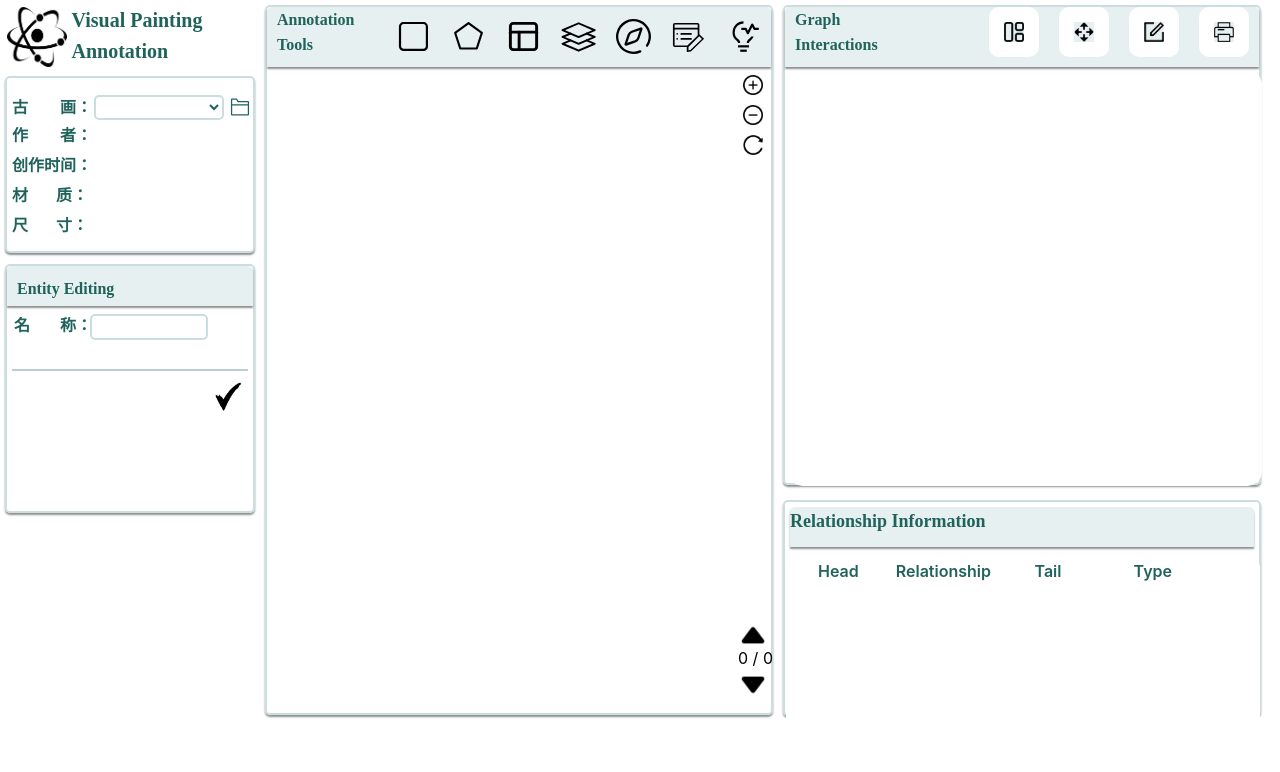
Repository: cailbh/ImageLabelTool
Page: /
The author's editor kept a copy of each file at every save. The page is drawn from the files as they stood at one save, then again after the next save.
The browser window is 1280 px wide. The pictures show the whole page.
The project was rebuilt for these pictures with package versions that can differ from the ones it lists, and the page was loaded fresh each time.

Above is the page before, as saved 2022-10-30 15:14:02.

### src/index.tsx
import React from 'react';
import ReactDOM from 'react-dom/client';
import './index.css';
import UI from './View';

const root = ReactDOM.createRoot(
  document.getElementById('root') as HTMLElement
);
root.render(
  <React.StrictMode>
    <UI />
  </React.StrictMode>
);

### src/index.css
* {
  margin: 0;
  font-family: -apple-system, BlinkMacSystemFont, 'Segoe UI', 'Roboto', 'Oxygen',
    'Ubuntu', 'Cantarell', 'Fira Sans', 'Droid Sans', 'Helvetica Neue',
    sans-serif;
  -webkit-font-smoothing: antialiased;
  -moz-osx-font-smoothing: grayscale;
  padding: 0;
  user-select: none;
}

code {
  font-family: source-code-pro, Menlo, Monaco, Consolas, 'Courier New',
    monospace;
}

html, body, #root {
  width: 100%;
  height: 100%;
  /* background: rgb(237,241,241); */
  background: rgb(255,255,255);
}

#root {
  /* display: flex; */
  /* flex-direction: row; */

}

### src/View/index.tsx
/**
 * 该组件负责图像视图与网络图视图的通信：
 *
 */

import React from "react";
// import ImageView from "./ImageView";
import GraphView from "./GraphView";
import LabelView from "./LabelView";
import { Entity, EntityArray, Relationship, RelationshipArray } from '../lib/interface'
import { EntityArrayContextProvider, useEntityArray, useEntityArrayUpdate } from "../lib/context";
import { RelationshipArrayContextProvider, useRelationshipArray, useRelationshipArrayUpdate } from "../lib/context";
import { InfoContextProvider, useInfo, useInfoUpdate } from "../lib/context";
import { MemoArrayContextProvider, useMemoArray, useMemoArrayUpdate } from "../lib/context";


export default function UI() {
    return (
        <React.StrictMode>
            <InfoContextProvider>
                <RelationshipArrayContextProvider>
                    <EntityArrayContextProvider>
                        <MemoArrayContextProvider>
                            {/* <ImageView></ImageView> */}

                            <LabelView></LabelView>
                            {/* <GraphView></GraphView> */}
                        </MemoArrayContextProvider>
                    </ EntityArrayContextProvider >
                </RelationshipArrayContextProvider>
            </InfoContextProvider>
        </React.StrictMode>
    )
}

### src/View/LabelView.tsx
import React from "react";
import LabelDisplay from "../component/LabelDisplay/index";
import LabelTool from "../component/LabelTool/index";
import ViewCard from "./ViewCard";

export default function LabelView() {
    return (
        // <ViewCard
        //     top={(
        //         <LabelTool></LabelTool>
        //     )}
        //     body={(
        <LabelDisplay></LabelDisplay>
        //     )}
        // />
    )
}

### src/component/LabelDisplay/graph.css
#graph{
width: 100%;
height: calc(100% - 60px);
overflow: 'auto';
background: #fff;
box-sizing: border-box;
border-radius: 15px;
display: inline-block;
margin: 3px;
text-align: left;
position: relative;
}
.graphRoot{
    background: rgba(237,241,241,0);
    position: relative;
    height: 100%;
    width: calc(40% - 10px);
    float: left;
}
.horizontal_graphRoot{
    background: rgba(237,241,241,0);
    position: relative;
    height: 45%;
    width: calc(100% - 254px);
    float: left;
}
.graphCantain{
    position: relative;
    height: calc(100% - 0px);
    float: left;
    width: calc(100% - 0px);
    background: rgba(237,241,241,0);
    /* padding: 10px; */
}
.graphHead{
    width: 100%;
    height: 60px;
    background: rgba(0,0,0,0);
    float: left;
    position: relative;
    z-index: 999999;
    border-top-left-radius: 5px;
    border-top-right-radius: 5px;
    background-color: rgba(230,240,241,1);
    filter: progid:DXImageTransform.Microsoft.Shadow(color=#909090,direction=120,strength=4);
    box-shadow: 0px 2px 2px #909090;
}
.graphLogo h5{
    width: 70%;
    float: left;
    color: rgb(32,99,92);
    text-align: left;
    font-weight: 600;
    font-size: 16px;
    line-height: 1.35;
    font-variant: tabular-nums;
    line-height: 1.5715;
    font-feature-settings: "tnum";
    font-family: SourceHanSerifCN-Heavy, SourceHanSerifCN;
}

.graphLogo {
    float: left;
    width: 20%;
    height: 100%;
    margin-left: 10px;
}
.graphAssistFeatures{
    float: right;
    height: 100%;
    width: 30%;
}
.toolBut {
    height: 100%;
    text-align: center;
    /* padding: 4px; */
    width: 50px;
    float: left;
    margin: 1px 10px 0px 10px;
}

.graphToolBut {
    width: 35px;
    height: 35px;
    margin: 15px 15px 5px 25px;
    cursor: pointer;
    -webkit-border-radius: 5px;
    -moz-border-radius: 5px;
    border-radius: 5px;
    font-size: 15px;
    font-style: normal;
    color: #000;
    line-height: 36px;
    text-align: center;
    float: left;
    display: flex;
    justify-content: center;
    align-items: center;
    height: calc(100% - 20px);
    text-align: center;
    padding: 5px;
    border: 1px #696969 solid;
    width: 40px;
    float: right;
    margin: 5px 2px 5px 2px;
}
.graphToolBut:hover {
    background: #767a84;
    color: #fff;
}

#attributeDiv{
    /* background: url(../../assets/imgs/toolsback.png) no-repeat 0 0;
    background-size: 100%; */
    /* background: #fff; */
    background: rgba(237,241,241,0);
    -webkit-box-sizing: border-box;
    -moz-box-sizing: border-box;
    box-sizing: border-box;
    border-radius: 5px;
    /* display: inline-block; */
    width: calc(100% - 24px);
    margin: 5px;
    height: calc(30% - 0px);
    margin-top: 10px;
    /* border-image: url(../../assets/imgs/scaleCanvas.png); */
    border-image-slice: 151;
    border-image-width: 20px 1px;

    /* border: 1px solid #b8becc; */
    -webkit-box-sizing: border-box;
    -moz-box-sizing: border-box;
    box-sizing: border-box;
    float: left;

    border: 2px solid rgb(204,221,224);
    filter:progid:DXImageTransform.Microsoft.Shadow(color=#909090,direction=120,strength=4);
    -moz-box-shadow: 0px 2px 10px #909090;
    -webkit-box-shadow: 0px 2px 10px #909090;
    box-shadow:0px 2px 2px #909090
}
#graphDiv{
    /* background: url(../../assets/imgs/toolsback.png) no-repeat 0 0;
    background-size: 100%; */
    background: rgba(237,241,241,0);
    -webkit-box-sizing: border-box;
    -moz-box-sizing: border-box;
    box-sizing: border-box;
    border-radius: 5px;
    /* display: inline-block; */
    width: calc(100% - 24px);
    margin: 5px;
    /* margin-bottom: 10px; */
    height: calc(70% - 24px);
    border-radius: 5px;
    float: left;
    border: 2px solid rgb(204,221,224);
    filter:progid:DXImageTransform.Microsoft.Shadow(color=#909090,direction=120,strength=4);
    -moz-box-shadow: 0px 2px 10px #909090;
    -webkit-box-shadow: 0px 2px 10px #909090;
    box-shadow:0px 2px 2px #909090
}
#attributeBox{
    width: calc(50% - 4px);
    height: calc(100% - 2px);
    overflow: 'auto';
    margin: 2px 1px;
    float: left;
}
#relationshipBox{
    /* width: calc(50% - 4px);
    height: calc(100% - 2px); */
    width: 100%;
    height: 100%;
    background: #fff;
    overflow: 'auto';
    float: left;
    margin: 2px 1px;
    border-radius: 15px;
}
#relationshipBoxHead{
    background-color: rgba(230,240,241,1);
    margin: 5px;
    color: rgba(32,99,92,1);
    height: 40px;
    font-size: 25px;
    line-height: 30px;
    font-weight: 600;
    font-size: 18px;
    line-height: 1.35;
    font-variant: tabular-nums;
    line-height: 1.5715;
    font-feature-settings: "tnum";
    font-family: SourceHanSerifCN-Heavy, SourceHanSerifCN;
    border-top-left-radius: 5px;
    border-top-right-radius: 5px;
    filter: progid:DXImageTransform.Microsoft.Shadow(color=#909090,direction=120,strength=4);
    box-shadow: 0px 2px 2px #909090;
}
.but {
    display: flex;
    flex-direction: column;
    height: 40px;
    width:40px;
    justify-content: center;
    float: left;
}
.butContain{
    width: 10px;
    height: 100px;
    position: absolute;
    z-index: 9999;
    display: none;
}
.graphToolsDiv{
    width: 70%;
    height: 100%;
    float: right;
    /* display: flex; */
    justify-content: center;
    align-items: center;
}
.graphTool {
    background-color: #fff ;
    width: 50px;
    height: 50px;
    margin: 0px 10px;
    border: 15px #fff solid;
    border-radius: 10px;
    cursor: pointer;
    float: left;
    text-align: center;
}
.graphTool h5{
    font-style: normal;
    color: #000;
    line-height: 36px;
    text-align: center;
    font-size: 0;
}
.graphTool h5:hover{
    font-size: 12px;
}
.graphToolSet:hover {
    background: #767a84;
    color: #fff;
}
.graphToolSet.focus {
    background: #767a84;
    color: #fff;
}
#graphTools{
    float: right;
    /* height: 100%; */
    /* width: 60%; */
    /* height: 50px; */
    /* float: left; */
    position: relative;
    z-index: 999999;
    /* filter:progid:DXImageTransform.Microsoft.Shadow(color=#909090,direction=120,strength=4);
    -moz-box-shadow: 2px 2px 10px #909090;
    -webkit-box-shadow: 2px 2px 10px #909090;
    box-shadow:2px 2px 10px #909090; */
    border-top-left-radius: 10px;
    border-top-right-radius: 10px;
}
#layoutDiv{
    height: 50px;
    width: 100px;
    background: #ffffff;
    top:75px;
    position: absolute;
    display: flex;
    justify-content: center;
    align-items: center;
    /* border-top-left-radius: 10px;
    border-top-right-radius: 10px; */
    /* border: 5px #000 solid; */
    right: calc(70% - 230px);
    z-index: -999;
}
#layouts{
    float: right;
    /* height: 100%;
    width: 100%; */
    /* float: left; */
    position: relative;
    /* filter:progid:DXImageTransform.Microsoft.Shadow(color=#909090,direction=120,strength=4);
    -moz-box-shadow: 2px 2px 10px #909090;
    -webkit-box-shadow: 2px 2px 10px #909090;
    box-shadow:2px 2px 10px #909090; */
    /* border-top-left-radius: 10px;
    border-top-right-radius: 10px; */
}
#entity-table{
    width: calc(100% - 6px);
    height: calc(100% - 6px);
    border: 2px solid rgba(50, 50, 50, 0.2);
    box-sizing: border-box;
    border-radius: 5px;
    display: inline-block;
    margin: 3px;
    background: rgb(255,255,255);
}
.tableEntity{
    height: 100% !important
}

.tableRelationship{
    height: 100% !important
}
.rs-table-body-row-wrapper{
    height: 100% !important
}
#relationship-table{
    width: calc(100% - 0px);
    height: calc(100% - 0px);
    /* border: 2px solid rgba(50, 50, 50, 0.2); */
    /* box-sizing: border-box; */
    border-radius: 15px;
    display: inline-block;
    /* margin: 3px; */
    background: rgb(255,255,255);
}

.toolLayout{
    font-size:0;
    overflow:hidden;
    background: url("../../assets/imgs/tool-layout.png");
    background-size: cover;
}
.toolEdit{
    font-size:0;
    overflow:hidden;
    background: url("../../assets/imgs/tool-edit.png");
    background-size: cover;
}
.toolDrop{
    font-size:0;
    overflow:hidden;
    background: url("../../assets/imgs/tool-drop.png");
    background-size: cover;
}
.toolAdd{
    font-size:0;
    overflow:hidden;
    background: url("../../assets/imgs/tool-add.png");
    background-size: cover;
}

.toolDel{
    font-size:0;
    overflow:hidden;
    background: url("../../assets/imgs/tool-del.png");
    background-size: cover;
}

.toolUndo{
    font-size:0;
    overflow:hidden;
    background: url("../../assets/imgs/tool-undo.png");
    background-size: cover;
}

.toolRedo{
    font-size:0;
    overflow:hidden;
    background: url("../../assets/imgs/tool-redo.png");
    background-size: cover;
}

.toolPrint{
    font-size:0;
    overflow:hidden;
    background: url("../../assets/imgs/tool-download.png");
    background-size: cover;
}
.graphTool:hover{
    font-size:14px;
    text-align: center;
    font-weight: 520;
    background: rgb(0,0,0,0);
}
.layoutSet{
    width: 20px;
    height: 20px;
    margin:5px;
    font-size:0;
    overflow:hidden;

    cursor: pointer;
    float: left;
}

.toolCrossLayout{
    background: url(../../assets/imgs/layout-cross.png);
    background-size: cover

}
.toolForceLayout{
    background: url(../../assets/imgs/layout-force.png);
    background-size: cover

}
.toolDragLayout{
    background: url(../../assets/imgs/layout-drag.png);
    background-size: cover

}
.layoutSet:hover {
    background: rgba(0,0,0,0);
    font-size: 10px;
    font-style: normal;
    color: #000;
    line-height: 6px;
    text-align: center;
    float: left;
    display: flex;
    justify-content: center;
    align-items: center;
    text-align: center;
}
.entInput{
    background: rgba(0,0,0,0);
    border: 0;
    text-align: center;
    width: 50%;
    height: 100%;
    float: left;
}
.entInput :focus{
    background: rgba(0,0,0,0);
    border: 0;
    text-align: center;
    width: 50%;
    float: left;
    height: 100%;
}

### src/lib/tasks.tsx
export default class Task {
    id: string;
    name: string;
    size: string;
    texture: string;
    time: string;
    author: string;
    constructor(options) {
        this.id = "";
        this.name = "";
        this.size = "";
        this.texture = "";
        this.time = "";
        this.author = ""
    }
}

### src/lib/interface.tsx
export class EntityArray {
    array: Array<Entity>;
}
export class RelationshipArray {
    array: Array<Relationship>;
}
export class MemoArray {
    relArray: Array<Relationship>;
    entArray: Array<Entity>;
}
export class Entity {
    name: string;
    id: string;
    type: string;
    x: number;
    y: number;
    //图片绘制起始位置
    ix: number;
    iy: number;
    //标注绘制起始位置
    lx: number;
    ly: number;
    // 图片宽度
    iWidth: number;
    // 图片高度
    iHeight: number;
    //图片缩放
    iScale: number;
    visAble: boolean;
    labels: any;
    content: any;
    contentType: string;
    labelLocation: any;
    rgb: string;
    visibility: boolean;
    trend: any;
    trendIndex: number;
    centerPoint: any;
    rectMask: any;
    color: string;
    describe: string;
    attribute: any;
    active: boolean;
    children: any;
    constructor(myName: string) { //定义带参数的构造函数
        this.name = myName;
    }
}


export class Relationship {
    name: string;
    id: string;
    type: string;
    targetId: string;
    sourceId: string;
    color: string;
    weight: number;
    visAble: boolean
    // constructor(myName: string) { //定义带参数的构造函数
    //     this.name = myName;
    // }
}

export class Info {
    changeState: number;
}

export default class LabelState {
    //任务名称
    taskName: string;
    //文件列表
    imgFiles: any;
    //图片总数
    imgSum: number;
    //选择图片下标
    imgIndex: number;
    cWidth: number;
    cHeight: number;
    // 缩略图宽度
    sWidth: number;
    // 缩略图高度
    sHeight: number;
    // 图片宽度
    iWidth: number;
    // 图片高度
    iHeight: number;
    // 图片拖拽至边缘最小显示
    appearSize: number;
    // 缩放布进
    scaleStep: number;
    // 最小缩放比例
    minScale: number;
    // 最大缩放比例
    maxScale: number;
    // 图片在画板中的横坐标
    x: number;
    // 图片在画板中的纵坐标
    y: number;
    // 鼠标当前画板中的横坐标
    mouseX: number;
    // 鼠标当前画板中的纵坐标
    mouseY: number;
    // 拖动过程中，鼠标前一次移动的横坐标
    prevX: number;
    // 拖动过程中，鼠标前一次移动的纵坐标
    prevY: number;
    // 缩放比例
    scale: number;
    // 鼠标在图片中的横坐标
    ix: number;
    // 鼠标在图片中的纵坐标
    iy: number;
    // 矩形框起点横坐标
    rectX: number;
    // 矩形框起点纵坐标
    rectY: number;
    // 绘制多边形的圆点半径
    radius: number;

    // 绘制线段宽度
    lineWidth: number;

    //绘制区域模块透明度
    opacity: number;

    // 定时器
    timer: any;

    // 结果是否被修改
    isModify: boolean;

    // 是否全屏
    isFullScreen: boolean;

    // 是否移动图像标注圆点
    isDragCircle: boolean;

    // 当前点击圆点index
    snapCircleIndex: number;

    // 用于在拖拽或者缩放时，让绘制至存储面板的数据，只绘制一次
    drawFlag: boolean;

    // 监听滚动条缩放是否结束的定时器
    mousewheelTimer: null;

    // 历史记录下标
    historyIndex: number;
    Arrays: any;
    Nodes: any;
    Features: any;

}

### src/axios/index.ts
import entityRecognize from './api/entityRecognize';

export * from './api/entityRecognize'; // 目标识别
// export * from './api/img'; // 图片
export default {
    entityRecognize
}

### src/component/GraphRelationship/index.css
.smallInput  {
    width: 90%;
    border-radius: 10px;
    border: 1.5px #ccc solid;
    /* margin: 5px; */
    margin-left: 15px;
    color: rgb(32,99,92);
    font-weight: 600;
    font-size: 16px;
    line-height: 1.35;
    font-variant: tabular-nums;
    line-height: 1.5715;
    font-feature-settings: "tnum";
    font-family: SourceHanSerifCN-Heavy, SourceHanSerifCN;
}
.relRow{
    width: 20% !important;
    margin: 5px;
    padding: 0px !important;
}
.relationship-table-head-co{
    width: 20%;
    height: calc(100% - 10px);
    float: left;
    margin: 5px;
    text-align: center;
}
.confirmButton{
    width: 60px;
    height: 30px;
    margin: 5px;
    border-radius: 15px;
    border: 0px;
    background-color: rgb(32,99,92);
    color: #fff;
    text-align: center;
    font-weight: 600;
    font-size: 14px;
    line-height: 1.35;
    font-variant: tabular-nums;
    line-height: 1.5715;
    font-feature-settings: "tnum";
    font-family: SourceHanSerifCN-Heavy, SourceHanSerifCN;
}
#bigInput {
    color:#333;
    height: 60px;
    line-height:normal;
    font-family:"Microsoft YaHei",Tahoma,Verdana,SimSun;
    font-style:normal;
    font-variant:normal;
    font-size-adjust:none;
    font-stretch:normal;
    font-weight:normal;
    margin-top:0px;
    margin-bottom:0px;
    margin-left:0px;
    padding-top:4px;
    padding-right:4px;
    padding-bottom:4px;
    padding-left:4px;
    font-size:15px;
    outline-width:medium;
    outline-style:none;
    outline-color:invert;
    border-top-left-radius:3px;
    border-top-right-radius:3px;
    border-bottom-left-radius:3px;
    border-bottom-right-radius:3px;
    text-shadow:0px 1px 2px #fff;
    background-attachment:scroll;
    background-repeat:repeat-x;
    background-position-x:left;
    background-position-y:top;
    background-size:auto;
    background-origin:padding-box;
    background-clip:border-box;
    background-color:rgb(255,255,255);
    margin-right:8px;
    border-top-color:#ccc;
    border-right-color:#ccc;
    border-bottom-color:#ccc;
    border-left-color:#ccc;
    border-top-width:1px;
    border-right-width:1px;
    border-bottom-width:1px;
    border-left-width:1px;
    border-top-style:solid;
    border-right-style:solid;
    border-bottom-style:solid;
    border-left-style:solid;
}
.relationship-table-head{
    height: 40px;
    color: rgb(32,99,92);
    /* background: rgb(210,225,230); */
    font-weight: 600;
    text-align: center;
    font-size: 16px;
    line-height: 1.35;
    font-variant: tabular-nums;
    line-height: 1.5715;
    font-feature-settings: "tnum";
    font-family: SourceHanSerifCN-Heavy, SourceHanSerifCN;
    /* border-top-left-radius: 15px;
    border-top-right-radius: 15px; */
}
.relationship-table-body{
    height: calc(100% - 40px);
    overflow:scroll;
    scrollbar-width: none;
}

### src/axios/api/entityRecognize/index.ts
import { get, put, post, del } from '../../http';
import axios from 'axios'
import{base} from '../config'
import {message} from 'antd'
import cookie from 'react-cookies'
export const getImg = (data: any) => get({ url: '/recognize/', data }); //
export const postImg = (data: any) => post({ url: '/recognize/', data }); //
export const updateImg = (data: any) => put({ url: '/recognize/', data });

export default{
    //测试
    async testApi(params){
        return await axios.get(`${base}/hi`,params) .then((res)=>{
            return res.data;
        }).catch((error)=>{
            message.error("服务器出错")
        })
    },
    //目标检测
    async entityRecognizeApi(params){
        return await axios.post(`${base}/predict_bbx`,params).then((res)=>{
            return res.data;
        }).catch((error)=>{
            message.error("服务器出错")
        })
    },

}

### src/axios/config.ts
export const rootURL = ''

export const ServerCode = {
    SUCCESS: 0,
    CONTINUE: 400,
    WRONG_PARAM: 401,
    WRONG_REQUEST: 402,
    FORBIDDEN: 403,
    WRONG_URL: 404,
    NO_LOGIN: 406,
    TIME_OUT: 408,
    WRONG_REQUEST_MODAL: 410,
    AUTO_SAVE_ERROR_CODE: 411, // 自动暂存code
    PROCESS_ERROR: 412, // 任务进度错误
    WRONG_SERVER: 500,
    WRONG_REALIZE: 501,
    WRONG_GATEWAY: 502,
    BAD_SERVER: 503,
    GATEWAY_TIME_OUT: 504,
    WRONG_VERSION: 505
};

export const SubCode = {
    OPERATION_FAILED: 410001,
    TASK_HAS_EXPIRED_OR_SUBMITTED: 400001
};

export const ServerCodeMap = {
    [ServerCode.SUCCESS]: '成功',
    [ServerCode.CONTINUE]: '继续', // 传递指定“继续参数”即可成功
    [ServerCode.WRONG_PARAM]: '参数格式出错',
    [ServerCode.WRONG_REQUEST]: '请求出错',
    [ServerCode.FORBIDDEN]: '拒绝访问',
    [ServerCode.WRONG_URL]: '请求地址出错',
    [ServerCode.NO_LOGIN]: '未登录',
    [ServerCode.TIME_OUT]: '请求超时',
    [ServerCode.WRONG_SERVER]: '服务器内部错误',
    [ServerCode.WRONG_REALIZE]: '服务未实现',
    [ServerCode.WRONG_GATEWAY]: '网关错误',
    [ServerCode.BAD_SERVER]: '服务不可用',
    [ServerCode.GATEWAY_TIME_OUT]: '网关超时',
    [ServerCode.WRONG_VERSION]: 'HTTP版本不受支持'
};

export const RedirectMap = {
    [ServerCode.FORBIDDEN]: '/403'
};

Loaded but not shown: public/index.html (common file); src/lib/uuid.js (8 lines, source omitted); src/axios/api/config.js (3 lines, source omitted); src/component/LabelDisplay/index.tsx (3934 lines, source omitted); src/component/LabelDisplay/index.css (1891 lines, source omitted); src/component/GraphRelationship/index.tsx (190 lines, source omitted); src/component/AttributeInput/index.tsx (170 lines, source omitted); src/axios/http.ts (147 lines, source omitted); src/lib/webAnnotate.tsx (280 lines, source omitted); src/component/AttributeInput/index.css (169 lines, source omitted); src/lib/context.tsx (83 lines, source omitted)

After the next save:
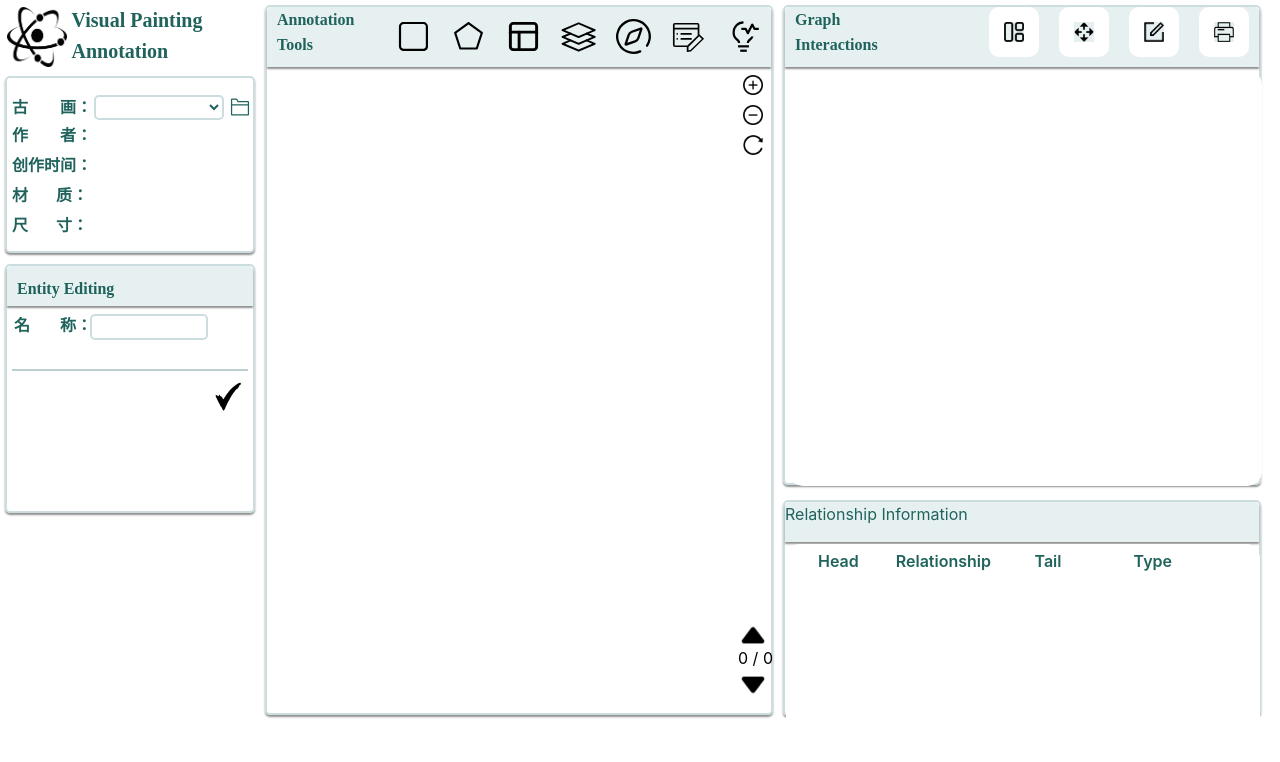
Saved 2 min 42 s later.
--- a/src/component/LabelDisplay/graph.css
+++ b/src/component/LabelDisplay/graph.css
@@ -180,21 +180,10 @@ position: relative;
 }
 #relationshipBoxHead{
     background-color: rgba(230,240,241,1);
-    margin: 5px;
     color: rgba(32,99,92,1);
     height: 40px;
-    font-size: 25px;
-    line-height: 30px;
-    font-weight: 600;
-    font-size: 18px;
-    line-height: 1.35;
-    font-variant: tabular-nums;
-    line-height: 1.5715;
-    font-feature-settings: "tnum";
-    font-family: SourceHanSerifCN-Heavy, SourceHanSerifCN;
     border-top-left-radius: 5px;
     border-top-right-radius: 5px;
-    filter: progid:DXImageTransform.Microsoft.Shadow(color=#909090,direction=120,strength=4);
     box-shadow: 0px 2px 2px #909090;
 }
 .but {
